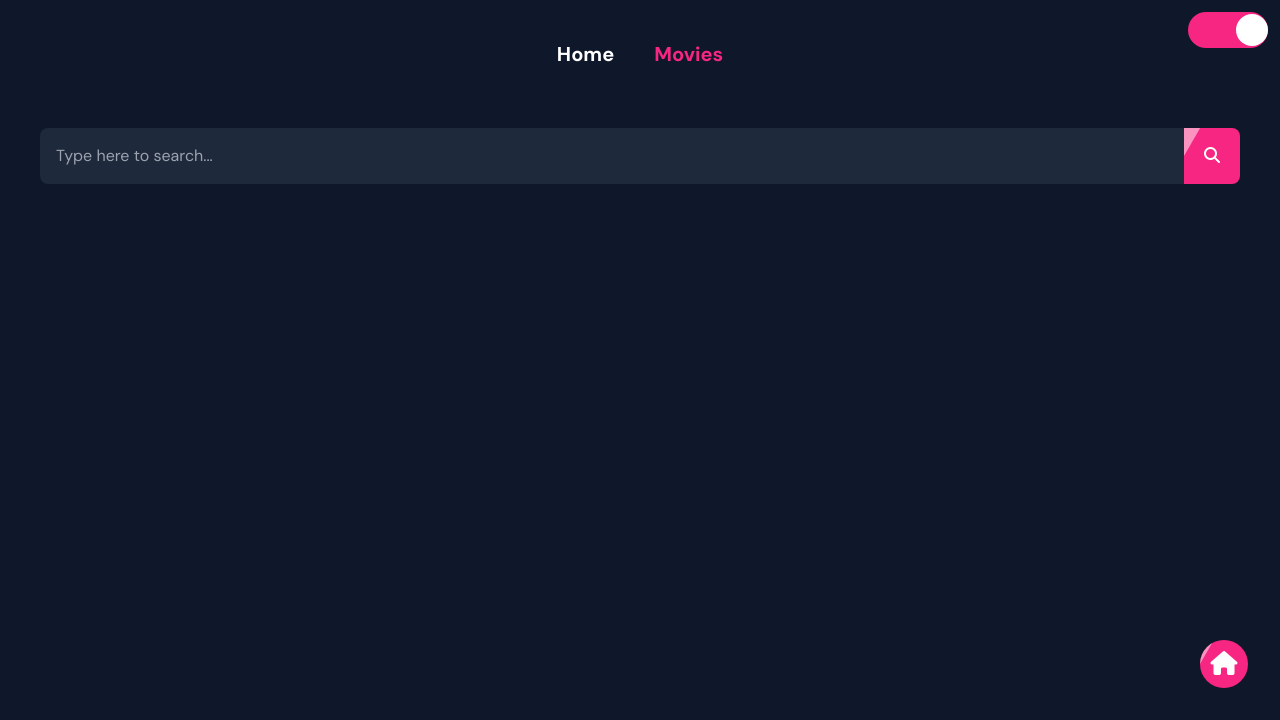
Repository: Linhyum/react-simple-movie
Page: /movies
The author's editor kept a copy of each file at every save. The page is drawn from the files as they stood at one save, then again after the next save.
The browser window is 1280 px wide. The pictures show the whole page.
The page's requests for data from a server got no answer. The project was rebuilt for these pictures with package versions that can differ from the ones it lists, and the page was loaded fresh each time. No one was signed in, and anything a server would have sent is missing. Also part of the build but not shown: src/components/button/Button.js, src/components/movie/MovieCard.js.

Above is the page before, as saved 2023-04-02 19:33:06.

### public/index.html
<!DOCTYPE html>
<html lang="en">
    <head>
        <meta charset="utf-8" />
        <link rel="icon" href="%PUBLIC_URL%/favicon.ico" />
        <meta name="viewport" content="width=device-width, initial-scale=1" />
        <meta name="theme-color" content="#000000" />
        <meta name="description" content="Web site created using create-react-app" />
        <link rel="apple-touch-icon" href="%PUBLIC_URL%/logo192.png" />
        <!--
      manifest.json provides metadata used when your web app is installed on a
      user's mobile device or desktop. See https://developers.google.com/web/fundamentals/web-app-manifest/
    -->
        <link rel="manifest" href="%PUBLIC_URL%/manifest.json" />
        <link
            rel="stylesheet"
            href="https://cdnjs.cloudflare.com/ajax/libs/font-awesome/6.4.0/css/all.min.css"
            integrity="sha512-iecdLmaskl7CVkqkXNQ/ZH/XLlvWZOJyj7Yy7tcenmpD1ypASozpmT/E0iPtmFIB46ZmdtAc9eNBvH0H/ZpiBw=="
            crossorigin="anonymous"
            referrerpolicy="no-referrer"
        />
        <!--
      Notice the use of %PUBLIC_URL% in the tags above.
      It will be replaced with the URL of the `public` folder during the build.
      Only files inside the `public` folder can be referenced from the HTML.

      Unlike "/favicon.ico" or "favicon.ico", "%PUBLIC_URL%/favicon.ico" will
      work correctly both with client-side routing and a non-root public URL.
      Learn how to configure a non-root public URL by running `npm run build`.
    -->
        <title>React App</title>
    </head>
    <body>
        <noscript>You need to enable JavaScript to run this app.</noscript>
        <div id="root"></div>
        <!--
      This HTML file is a template.
      If you open it directly in the browser, you will see an empty page.

      You can add webfonts, meta tags, or analytics to this file.
      The build step will place the bundled scripts into the <body> tag.

      To begin the development, run `npm start` or `yarn start`.
      To create a production bundle, use `npm run build` or `yarn build`.
    --></body>
</html>

### src/index.js
import React from "react";
import ReactDOM from "react-dom/client";
import "./index.scss";
import App from "./App";
import reportWebVitals from "./reportWebVitals";
import { BrowserRouter } from "react-router-dom";

const root = ReactDOM.createRoot(document.getElementById("root"));
root.render(
    <React.StrictMode>
        <BrowserRouter>
            <App />
        </BrowserRouter>
    </React.StrictMode>
);

// If you want to start measuring performance in your app, pass a function
// to log results (for example: reportWebVitals(console.log))
// or send to an analytics endpoint. Learn more: https://bit.ly/CRA-vitals
reportWebVitals();

### src/index.scss
@tailwind base;
@tailwind components;
@tailwind utilities;
@import url("https://fonts.googleapis.com/css2?family=DM+Sans:wght@400;500;700&display=swap");

@layer base {
    body {
        @apply bg-slate-900 font-body px-5 text-white;
    }

    .pagination {
        display: flex;
        align-items: center;
        justify-content: center;
        column-gap: 30px;
        font-size: 22px;
        font-weight: 500;
    }

    .pagination .active {
        @apply text-primary;
    }

    @media (max-width: 639px) {
        .moive-page {
            @apply grid-cols-1;
        }
    }

    :root {
        --swiper-theme-color: #f62682 !important;
        --swiper-pagination-bullet-inactive-color: #aaa !important;
        --swiper-pagination-bullet-inactive-opacity: 1;
    }
    .swiper-button-prev,
    .swiper-button-next {
        position: absolute !important;
        top: 50% !important;
        width: 60px !important;
        height: 60px !important;
        margin-top: -12.5px !important;
        z-index: 10 !important;
        cursor: pointer !important;
        border-radius: 50% !important;
        background: rgb(204, 204, 204, 0.7) !important;
        transition: all 0.3s ease !important;
        display: flex;
        justify-content: center !important;
        align-items: center !important;
        font-weight: 700 !important;
    }

    .swiper-button-prev {
        left: 0;
    }

    .swiper-button-next {
        right: 0;
    }

    .swiper-button-prev:hover,
    .swiper-button-next:hover {
        background: rgb(204, 204, 204) !important;
    }
    .movie-list .swiper-pagination {
        display: none;
    }

    @media (max-width: 1023px) {
        .banner .swiper-pagination {
            display: none !important;
        }
    }

    /* Tạo thanh cuộn */
    body::-webkit-scrollbar {
        width: 10px;
    }

    /* Tạo màu nền cho thanh cuộn */
    body::-webkit-scrollbar-track {
        background-color: #eee;
    }

    /* Tạo màu cho thanh cuộn */
    body::-webkit-scrollbar-thumb {
        background-color: #f62682;
        border-radius: 5px;
    }
    button {
        position: relative;
        overflow: hidden;
        transition: all 0.3s ease-in-out;
    }

    button:before {
        content: "";
        position: absolute;
        top: 0;
        left: -100%;
        width: 100%;
        height: 100%;
        background-color: rgba(255, 255, 255, 0.5);
        transform: skewX(-30deg);
        transition: all 0.3s ease-in-out;
    }

    button:hover:before {
        left: 0;
    }

    button:hover {
        @apply bg-blue-600;
    }
    button:hover div {
        @apply text-blue-600;
    }
    button div {
        transition: all 0.3s ease-in-out;
    }
}

@layer components {
    .page-container {
        max-width: 1200px;
        @apply mx-auto;
    }
    .movie-list .swiper-slide {
        width: 270px;
    }
    .banner .swiper {
        height: 100%;
    }
    .trailer iframe {
        width: 100%;
        height: 100%;
    }
}

### src/App.js
import { Route, Routes } from "react-router-dom";
import Main from "./components/layout/Main";
// import HomePage from "./pages/HomePage";
// import MovieDetailsPage from "./pages/MovieDetailsPage";
// import MoviePage from "./pages/MoviePage";
import { lazy, Suspense } from "react";

const HomePage = lazy(() => import("./pages/HomePage"));
const MoviePage = lazy(() => import("./pages/MoviePage"));
const MovieDetailsPage = lazy(() => import("./pages/MovieDetailsPage"));

function App() {
    return (
        <Suspense fallback={<></>}>
            <Routes>
                <Route element={<Main></Main>}>
                    <Route path="/" element={<HomePage></HomePage>}></Route>
                    <Route path="/movies" element={<MoviePage></MoviePage>}></Route>
                    <Route
                        path="/movies/:slug"
                        element={<MovieDetailsPage></MovieDetailsPage>}
                    ></Route>
                </Route>
            </Routes>
        </Suspense>
    );
}

export default App;

### src/components/layout/Main.js
import React from "react";
import Header from "./Header";
import { Outlet } from "react-router-dom";
const Main = () => {
    return (
        <>
            <Header></Header>
            <Outlet></Outlet>
        </>
    );
};

export default Main;

### src/pages/MoviePage.js
import React, { useEffect, useRef, useState } from "react";
import useSWR from "swr";
import MovieCard from "../components/movie/MovieCard";
import { fetcher, getMovieList } from "../config";
import ReactPaginate from "react-paginate";
const itemsPerPage = 20;
const MoviePage = () => {
    const [nextPage, setNextPage] = useState(1);
    const [filter, setFilter] = useState("");
    const [url, setUrl] = useState("");
    const input = useRef(null);
    const handleFilterChange = () => {
        setFilter(input.current.value);
    };
    const { data, isLoading } = useSWR(url, fetcher);
    //`https://api.themoviedb.org/3/search/movie/?api_key=9e4dcf244e30611641c2a44c752a2353`
    useEffect(() => {
        if (filter) {
            setUrl(
                `https://api.themoviedb.org/3/search/movie?api_key=9e4dcf244e30611641c2a44c752a2353&query=${filter}&page=${nextPage}`
            );
        } else {
            setUrl(`${getMovieList("popular")}&page=${nextPage}`);
        }
    }, [filter, nextPage]);
    const movies = data?.results || [];

    //pagination
    const [itemOffset, setItemOffset] = useState(0);
    const [pageCount, setPageCount] = useState(0);
    useEffect(() => {
        if (!data || !data.total_results) return;
        setPageCount(Math.ceil(data.total_results / itemsPerPage));
    }, [data, itemOffset]);

    const handlePageClick = (e) => {
        const newOffset = (e.selected * itemsPerPage) % data.total_results;
        setItemOffset(newOffset);
        setNextPage(e.selected + 1);
    };

    return (
        <div className="page-container ">
            <form
                onSubmit={(e) => e.preventDefault()}
                className="flex mb-10 rounded-lg overflow-hidden"
            >
                <div className="flex-1">
                    <input
                        type="text"
                        className="w-full p-4 bg-slate-800 outline-none "
                        placeholder="Type here to search..."
                        ref={input}
                    />
                </div>
                <button
                    type="submit"
                    onClick={handleFilterChange}
                    className="py-4 px-5 bg-primary "
                >
                    <i class="fa-solid fa-magnifying-glass"></i>
                </button>
            </form>
            {isLoading && (
                <div className="w-10 mx-auto h-10 border-4 border-primary rounded-full animate-spin border-t-transparent"></div>
            )}
            <div className="moive-page grid sm:grid-cols-1 md:grid-cols-2 lg:grid-cols-3 xl:grid-cols-4 2xl:grid-cols-5 gap-[30px] mb-20">
                {!isLoading &&
                    movies.length > 0 &&
                    movies.map((item) => <MovieCard key={item.id} info={item}></MovieCard>)}
            </div>
            <div className="my-10">
                <ReactPaginate
                    pageCount={pageCount} // Tổng số trang
                    marginPagesDisplayed={1} // Số lượng trang được hiển thị trước và sau trang hiện tại
                    pageRangeDisplayed={1} // Số lượng trang được hiển thị trong phân đoạn paginate
                    breakLabel="..."
                    nextLabel={<i class="fa-solid fa-chevron-right"></i>}
                    onPageChange={handlePageClick}
                    previousLabel={<i class="fa-solid fa-chevron-left"></i>}
                    renderOnZeroPageCount={null}
                    containerClassName={"pagination"} // Class cho container của paginate
                    activeClassName={"active"} // Class cho trang hiện tại
                />
            </div>
        </div>
    );
};

export default MoviePage;

### src/components/layout/Header.js
import React, { useState } from "react";
import { NavLink } from "react-router-dom";

const Header = () => {
    const [dark, setDark] = useState(true);
    const active = ({ isActive }) => isActive && "text-primary";
    const handleClick = () => {
        window.scrollTo({ top: 0, behavior: "smooth" });
    };
    return (
        <>
            <header className="header text-xl font-semibold flex items-center justify-center gap-x-10  py-10 mb-5">
                <NavLink to={"/"} className={active}>
                    Home
                </NavLink>
                <NavLink to={"/movies"} className={active}>
                    Movies
                </NavLink>
            </header>
            <button
                className="fixed z-50 bottom-8 right-8  w-12 h-12 rounded-full bg-primary text-2xl"
                onClick={handleClick}
            >
                <i class="fa-solid fa-house"></i>
            </button>
            <div className="fixed top-3 right-3 z-50">
                <div
                    className={`relative w-20 h-9 flex items-center cursor-pointer rounded-full ${
                        dark ? "bg-primary" : "bg-white"
                    } `}
                    onClick={() => setDark(!dark)}
                >
                    <div
                        className={`absolute transition-all duration-300 w-8 h-8 rounded-full bg-white ${
                            dark ? "left-full -translate-x-full" : "left-0 bg-primary"
                        }`}
                    ></div>
                </div>
            </div>
        </>
    );
};

export default Header;

### src/config.js
const fetcher = (...args) => fetch(...args).then((res) => res.json());
const getMovieList = (type1 = "", type2 = "", type3 = "") =>
    `https://api.themoviedb.org/3${type3}/movie/${type1}${type2}?api_key=9e4dcf244e30611641c2a44c752a2353`;
const getImg = (type) => `https://image.tmdb.org/t/p/original${type}`;
export { fetcher, getMovieList, getImg };

### tailwind.config.js
/** @type {import('tailwindcss').Config} */
module.exports = {
    content: ["./src/**/*.{js,jsx,ts,tsx}"],
    theme: {
        extend: {
            fontFamily: {
                body: ["DM Sans", "sans-serif"],
            },
            colors: {
                primary: "#f62682",
            },
        },
    },
    plugins: [],
};

Loaded but not shown: src/reportWebVitals.js (common file)

After the next save:
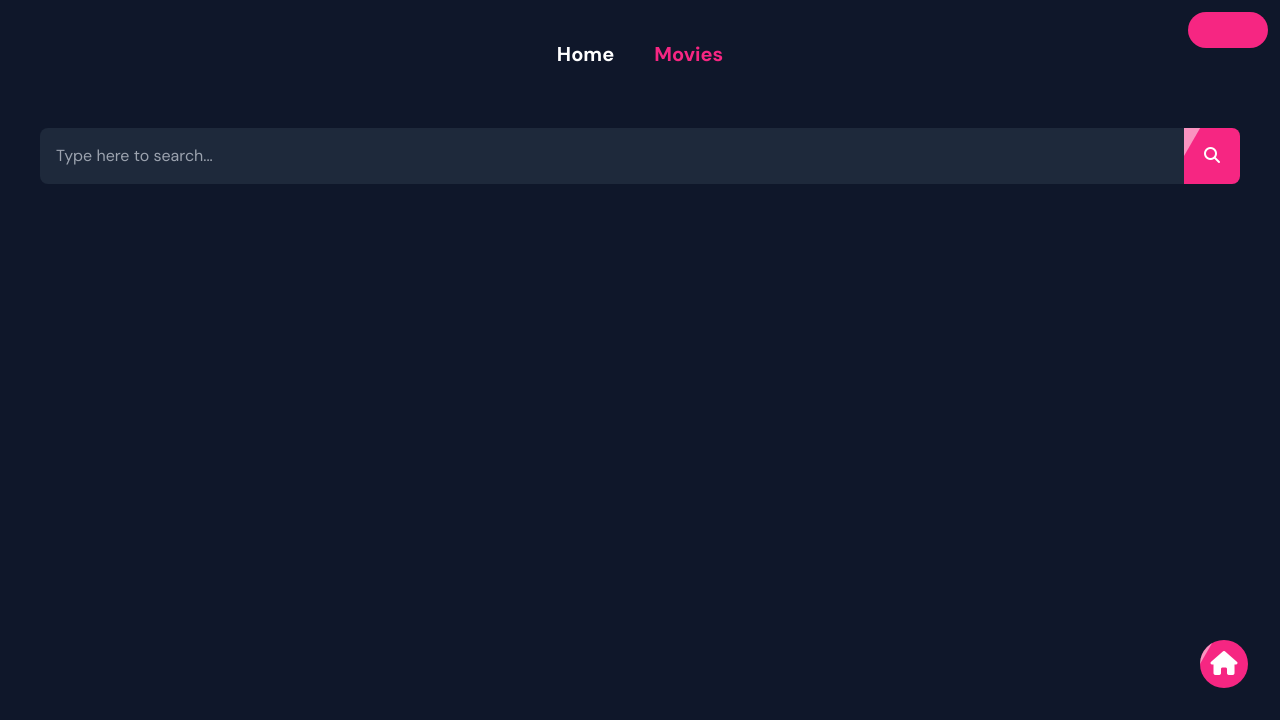
Saved 23 s later.
--- a/src/components/layout/Header.js
+++ b/src/components/layout/Header.js
@@ -31,7 +31,7 @@
                     onClick={() => setDark(!dark)}
                 >
                     <div
-                        className={`absolute transition-all duration-300 w-8 h-8 rounded-full bg-white ${
+                        className={`absolute transition-all duration-300 w-8 h-8 rounded-full  ${
                             dark ? "left-full -translate-x-full" : "left-0 bg-primary"
                         }`}
                     ></div>

After the save that followed:
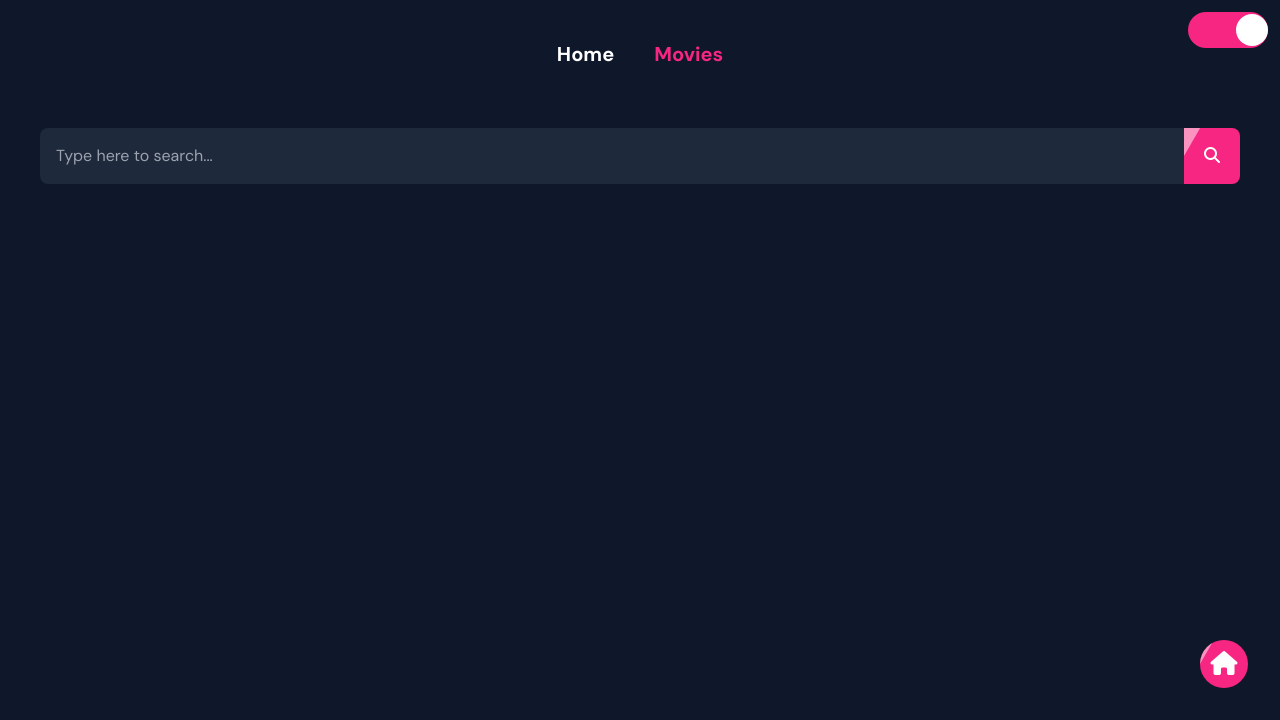
Saved 8 s later.
--- a/src/components/layout/Header.js
+++ b/src/components/layout/Header.js
@@ -32,7 +32,7 @@
                 >
                     <div
                         className={`absolute transition-all duration-300 w-8 h-8 rounded-full  ${
-                            dark ? "left-full -translate-x-full" : "left-0 bg-primary"
+                            dark ? "left-full -translate-x-full bg-white" : "left-0 bg-primary"
                         }`}
                     ></div>
                 </div>
